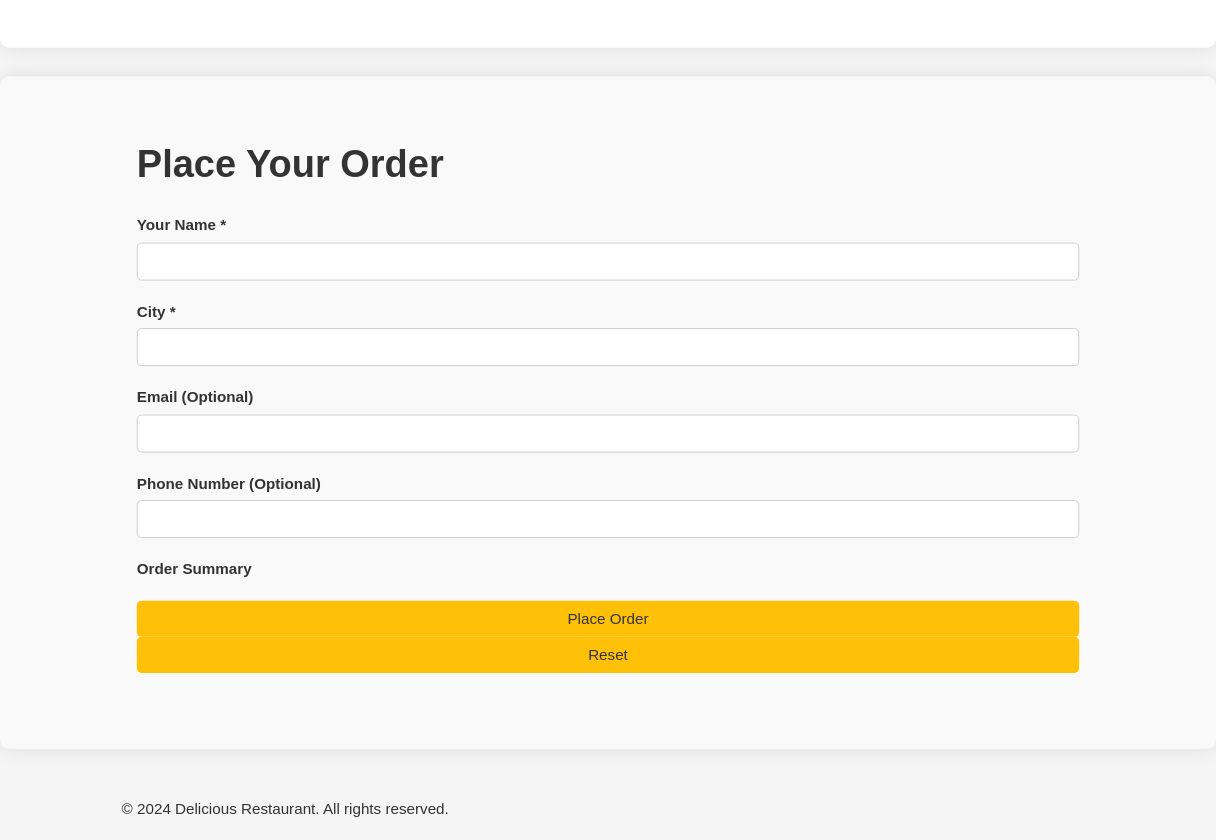
Repository: Mayanksaini1224/eclipse-workspace
Page: Restaurant/src/main/webapp/Menu.html
The author's editor kept a copy of each file at every save. The page is drawn from the files as they stood at one save, then again after the next save.
The browser window is 1280 px wide. The pictures show the part of the page from y = 2873 to 3895 px (the page is 3757 px tall before and 3895 px after), at 95% of full size.
A picture or video elsewhere on the page could not be fetched, so the positions and the page height are approximate.

Above is the page before, as saved 2024-06-28 16:55:43.

### Restaurant/src/main/webapp/Menu.html
<!DOCTYPE html>
<html lang="en">
<head>
    <meta charset="UTF-8">
    <meta name="viewport" content="width=device-width, initial-scale=1.0">
    <title>Menu - Delicious Restaurant</title>
    <style>
        /* Reset and base styles */
        * {
            margin: 0;
            padding: 0;
            box-sizing: border-box;
        }

        body {
            font-family: Arial, sans-serif;
            line-height: 1.6;
            background-color: #f5f5f5;
            margin: 0;
            padding: 0;
            color: #333; /* Default text color */
        }

        .container {
            width: 80%;
            margin: 0 auto;
            padding: 20px 0;
        }

        header {
            background-color: #333;
            color: #fff;
            padding: 10px 0;
        }

        header .logo img {
            width: 150px;
            height: auto;
            display: block;
            margin: 0 auto;
        }

        header nav ul {
            list-style-type: none;
            text-align: center;
            margin-top: 10px;
        }

        header nav ul li {
            display: inline-block;
            margin: 0 10px;
        }

        header nav ul li a {
            text-decoration: none;
            color: #fff;
            font-size: 18px;
            transition: color 0.3s ease;
        }

        header nav ul li a:hover {
            color: #ffc107;
        }

        .menu-section {
            background-color: #fff;
            padding: 50px 0;
            text-align: center;
            margin-bottom: 30px;
            box-shadow: 0 0 20px rgba(0, 0, 0, 0.1);
            border-radius: 10px;
        }

        .menu-section h2 {
            font-size: 2.5em;
            margin-bottom: 30px;
            text-transform: uppercase;
            letter-spacing: 1px;
            color: #333;
        }

        .menu-items {
            display: flex;
            justify-content: space-around;
            flex-wrap: wrap;
        }

        .menu-item {
            text-align: center;
            width: 30%;
            margin-bottom: 30px;
            padding: 0 10px;
            border: 1px solid #ddd;
            border-radius: 10px;
            box-shadow: 0 2px 4px rgba(0,0,0,0.1);
            transition: transform 0.3s ease, box-shadow 0.3s ease;
        }

        .menu-item img {
            width: 100%;
            border-top-left-radius: 10px;
            border-top-right-radius: 10px;
        }

        .menu-item-content {
            padding: 15px;
        }

        .menu-item h3 {
            font-size: 1.8em;
            margin-bottom: 10px;
            color: #333;
        }

        .menu-item p {
            font-size: 1.1em;
            color: #666;
        }

        .menu-item:hover {
            transform: translateY(-5px);
            box-shadow: 0 4px 8px rgba(0,0,0,0.2);
        }

        .order-form {
            background-color: #f9f9f9;
            padding: 40px 20px;
            border-radius: 10px;
            box-shadow: 0 0 20px rgba(0, 0, 0, 0.1);
            margin-bottom: 30px;
        }

        .order-form h2 {
            font-size: 2.5em;
            margin-bottom: 20px;
            color: #333;
        }

        .form-group {
            margin-bottom: 20px;
        }

        .form-group label {
            display: block;
            font-weight: bold;
            margin-bottom: 5px;
        }

        .form-group input,
        .form-group select {
            width: 100%;
            padding: 10px;
            font-size: 1em;
            border: 1px solid #ccc;
            border-radius: 5px;
            transition: border-color 0.3s ease;
        }

        .form-group input[type="number"] {
            appearance: none;
            -moz-appearance: textfield;
            text-align: center;
            padding: 8px;
            border: 1px solid #ccc;
            border-radius: 5px;
            width: 60px;
            font-size: 1em;
            transition: border-color 0.3s ease;
        }

        .form-group input[type="number"]::-webkit-outer-spin-button,
        .form-group input[type="number"]::-webkit-inner-spin-button {
            -webkit-appearance: none;
            margin: 0;
        }

        .form-group input:focus,
        .form-group select:focus {
            outline: none;
            border-color: #ffc107;
        }

        .form-group input[type="submit"],
        .form-group input[type="reset"] {
            background-color: #ffc107;
            color: #333;
            border: none;
            cursor: pointer;
            transition: background-color 0.3s ease;
            padding: 10px 20px;
            border-radius: 5px;
            margin-right: 10px;
        }

        .form-group input[type="submit"]:hover,
        .form-group input[type="reset"]:hover {
            background-color: #ffdb70;
        }

        .order-summary {
            margin-top: 30px;
            text-align: left;
        }

        .order-summary h3 {
            font-size: 1.5em;
            margin-bottom: 10px;
            color: #333;
        }

        .order-summary ul {
            list-style-type: none;
            padding: 0;
        }

        .order-summary li {
            font-size: 1.1em;
            margin-bottom: 5px;
        }

        @media (max-width: 768px) {
            .container {
                width: 90%;
            }

            .menu-item {
                width: 100%;
            }
        }
    </style>
    <link rel="stylesheet" href="https://cdnjs.cloudflare.com/ajax/libs/font-awesome/5.15.4/css/all.min.css"> <!-- Font Awesome for icons -->
</head>
<body>
    <header>
        <div class="container">
            <div class="logo">
                <img src="logo.png" alt="Delicious Restaurant">
            </div>
            <nav>
                <ul>
                    <li><a href="index.html">Home</a></li>
                    <li><a href="menu.html">Menu</a></li>
                    <li><a href="about.html">About Us</a></li>
                    <li><a href="contact.html">Contact</a></li>
                </ul>
            </nav>
        </div>
    </header>

    <section class="menu-section" id="chinese">
        <div class="container">
            <h2>Chinese Cuisine</h2>
            <div class="menu-items">
                <div class="menu-item" data-dish="Chinese Dish 1">
                    <img src="chinese-dish1.jpg" alt="Chinese Dish 1">
                    <div class="menu-item-content">
                        <h3>Chinese Dish 1</h3>
                        <p>Description of the Chinese dish. Lorem ipsum dolor sit amet.</p>
                        <div class="quantity">
                            <button class="quantity-btn minus" onclick="decrementQuantity('quantity_chinese1')">-</button>
                            <input type="number" id="quantity_chinese1" name="quantity_chinese1" min="0" value="0">
                            <button class="quantity-btn plus" onclick="incrementQuantity('quantity_chinese1')">+</button>
                        </div>
                    </div>
                </div>
                <div class="menu-item" data-dish="Chinese Dish 2">
                    <img src="chinese-dish2.jpg" alt="Chinese Dish 2">
                    <div class="menu-item-content">
                        <h3>Chinese Dish 2</h3>
                        <p>Description of the Chinese dish. Lorem ipsum dolor sit amet.</p>
                        <div class="quantity">
                            <button class="quantity-btn minus" onclick="decrementQuantity('quantity_chinese2')">-</button>
                            <input type="number" id="quantity_chinese2" name="quantity_chinese2" min="0" value="0">
                            <button class="quantity-btn plus" onclick="incrementQuantity('quantity_chinese2')">+</button>
                        </div>
                    </div>
                </div>
                <!-- Add more Chinese dishes as needed -->
            </div>
        </div>
    </section>

    <section class="menu-section" id="italian">
        <div class="container">
            <h2>Italian Cuisine</h2>
            <div class="menu-items">
                <div class="menu-item" data-dish="Italian Dish 1">
                    <img src="italian-dish1.jpg" alt="Italian Dish 1">
                    <div class="menu-item-content">
                        <h3>Italian Dish 1</h3>
                        <p>Description of the Italian dish. Lorem ipsum dolor sit amet.</p>
                        <div class="quantity">
                            <button class="quantity-btn minus" onclick="decrementQuantity('quantity_italian1')">-</button>
                            <input type="number" id="quantity_italian1" name="quantity_italian1" min="0" value="0">
                            <button class="quantity-btn plus" onclick="incrementQuantity('quantity_italian1')">+</button>
                        </div>
                    </div>
                </div>
                <div class="menu-item" data-dish="Italian Dish 2">
                    <img src="italian-dish2.jpg" alt="Italian Dish 2">
                    <div class="menu-item-content">
                        <h3>Italian Dish 2</h3>
                        <p>Description of the Italian dish. Lorem ipsum dolor sit amet.</p>
                        <div class="quantity">
                            <button class="quantity-btn minus" onclick="decrementQuantity('quantity_italian2')">-</button>
                            <input type="number" id="quantity_italian2" name="quantity_italian2" min="0" value="0">
                            <button class="quantity-btn plus" onclick="incrementQuantity('quantity_italian2')">+</button>
                        </div>
                    </div>
                </div>
                <!-- Add more Italian dishes as needed -->
            </div>
        </div>
    </section>

    <section class="menu-section" id="beverages">
        <div class="container">
            <h2>Beverages</h2>
            <div class="menu-items">
                <div class="menu-item" data-dish="Beverage 1">
                    <img src="beverage1.jpg" alt="Beverage 1">
                    <div class="menu-item-content">
                        <h3>Beverage 1</h3>
                        <p>Description of the beverage. Lorem ipsum dolor sit amet.</p>
                        <div class="quantity">
                            <button class="quantity-btn minus" onclick="decrementQuantity('quantity_beverage1')">-</button>
                            <input type="number" id="quantity_beverage1" name="quantity_beverage1" min="0" value="0">
                            <button class="quantity-btn plus" onclick="incrementQuantity('quantity_beverage1')">+</button>
                        </div>
                    </div>
                </div>
                <div class="menu-item" data-dish="Beverage 2">
                    <img src="beverage2.jpg" alt="Beverage 2">
                    <div class="menu-item-content">
                        <h3>Beverage 2</h3>
                        <p>Description of the beverage. Lorem ipsum dolor sit amet.</p>
                        <div class="quantity">
                            <button class="quantity-btn minus" onclick="decrementQuantity('quantity_beverage2')">-</button>
                            <input type="number" id="quantity_beverage2" name="quantity_beverage2" min="0" value="0">
                            <button class="quantity-btn plus" onclick="incrementQuantity('quantity_beverage2')">+</button>
                        </div>
                    </div>
                </div>
                <!-- Add more beverages as needed -->
            </div>
        </div>
    </section>

    <section class="menu-section" id="bakery">
        <div class="container">
            <h2>Bakery</h2>
            <div class="menu-items">
                <div class="menu-item" data-dish="Bakery Item 1">
                    <img src="bakery-item1.jpg" alt="Bakery Item 1">
                    <div class="menu-item-content">
                        <h3>Bakery Item 1</h3>
                        <p>Description of the bakery item. Lorem ipsum dolor sit amet.</p>
                        <div class="quantity">
                            <button class="quantity-btn minus" onclick="decrementQuantity('quantity_bakery1')">-</button>
                            <input type="number" id="quantity_bakery1" name="quantity_bakery1" min="0" value="0">
                            <button class="quantity-btn plus" onclick="incrementQuantity('quantity_bakery1')">+</button>
                        </div>
                    </div>
                </div>
                <div class="menu-item" data-dish="Bakery Item 2">
                    <img src="bakery-item2.jpg" alt="Bakery Item 2">
                    <div class="menu-item-content">
                        <h3>Bakery Item 2</h3>
                        <p>Description of the bakery item. Lorem ipsum dolor sit amet.</p>
                        <div class="quantity">
                            <button class="quantity-btn minus" onclick="decrementQuantity('quantity_bakery2')">-</button>
                            <input type="number" id="quantity_bakery2" name="quantity_bakery2" min="0" value="0">
                            <button class="quantity-btn plus" onclick="incrementQuantity('quantity_bakery2')">+</button>
                        </div>
                    </div>
                </div>
                <!-- Add more bakery items as needed -->
            </div>
        </div>
    </section>

    <section class="order-form">
        <div class="container">
            <h2>Place Your Order</h2>
            <form id="orderForm" action="submitform" method="POST">
                <div class="form-group">
                    <label for="name">Your Name *</label>
                    <input type="text" id="name" name="name" required>
                </div>
                <div class="form-group">
                    <label for="city">City *</label>
                    <input type="text" id="city" name="city" required>
                </div>
                <div class="form-group">
                    <label for="email">Email (Optional)</label>
                    <input type="email" id="email" name="email">
                </div>
                <div class="form-group">
                    <label for="phone">Phone Number (Optional)</label>
                    <input type="tel" id="phone" name="phone">
                </div>
                <div class="form-group">
                    <label for="orderSummary">Order Summary</label>
                    <ul id="orderSummary"></ul>
                </div>
                <div class="form-group">
                    <input type="submit" value="Place Order">
                    <input type="reset" value="Reset">
                </div>
            </form>
        </div>
    </section>

    <footer>
        <div class="container">
            <p>&copy; 2024 Delicious Restaurant. All rights reserved.</p>
        </div>
    </footer>

    <script>
        document.addEventListener('DOMContentLoaded', function() {
            const form = document.getElementById('orderForm');
            const orderSummary = document.getElementById('orderSummary');

            form.addEventListener('submit', function(event) {
                event.preventDefault(); // Prevent form submission for demo purposes

                // Clear previous order summary
                orderSummary.innerHTML = '';

                // Get customer details
                const name = document.getElementById('name').value;
                const city = document.getElementById('city').value;
                const email = document.getElementById('email').value;
                const phone = document.getElementById('phone').value;

                // Display customer details
                orderSummary.innerHTML += `<li><strong>Name:</strong> ${name}</li>`;
                orderSummary.innerHTML += `<li><strong>City:</strong> ${city}</li>`;
                if (email) {
                    orderSummary.innerHTML += `<li><strong>Email:</strong> ${email}</li>`;
                }
                if (phone) {
                    orderSummary.innerHTML += `<li><strong>Phone:</strong> ${phone}</li>`;
                }

                // Get selected dishes and quantities
                const dishes = document.querySelectorAll('.menu-item');
                dishes.forEach(dish => {
                    const dishName = dish.getAttribute('data-dish');
                    const quantityInput = dish.querySelector('input[type="number"]');
                    const quantity = parseInt(quantityInput.value);

                    if (quantity > 0) {
                        orderSummary.innerHTML += `<li><strong>${dishName}:</strong> ${quantity}</li>`;
                    }
                });

                //Optionally, submit the form to a server
                form.submit();
            });
        });

        function incrementQuantity(inputId) {
            const input = document.getElementById(inputId);
            input.value = parseInt(input.value) + 1;
        }

        function decrementQuantity(inputId) {
            const input = document.getElementById(inputId);
            const value = parseInt(input.value) - 1;
            input.value = Math.max(0, value); // Ensure quantity doesn't go below zero
        }
    </script>
</body>
</html>

After the next save:
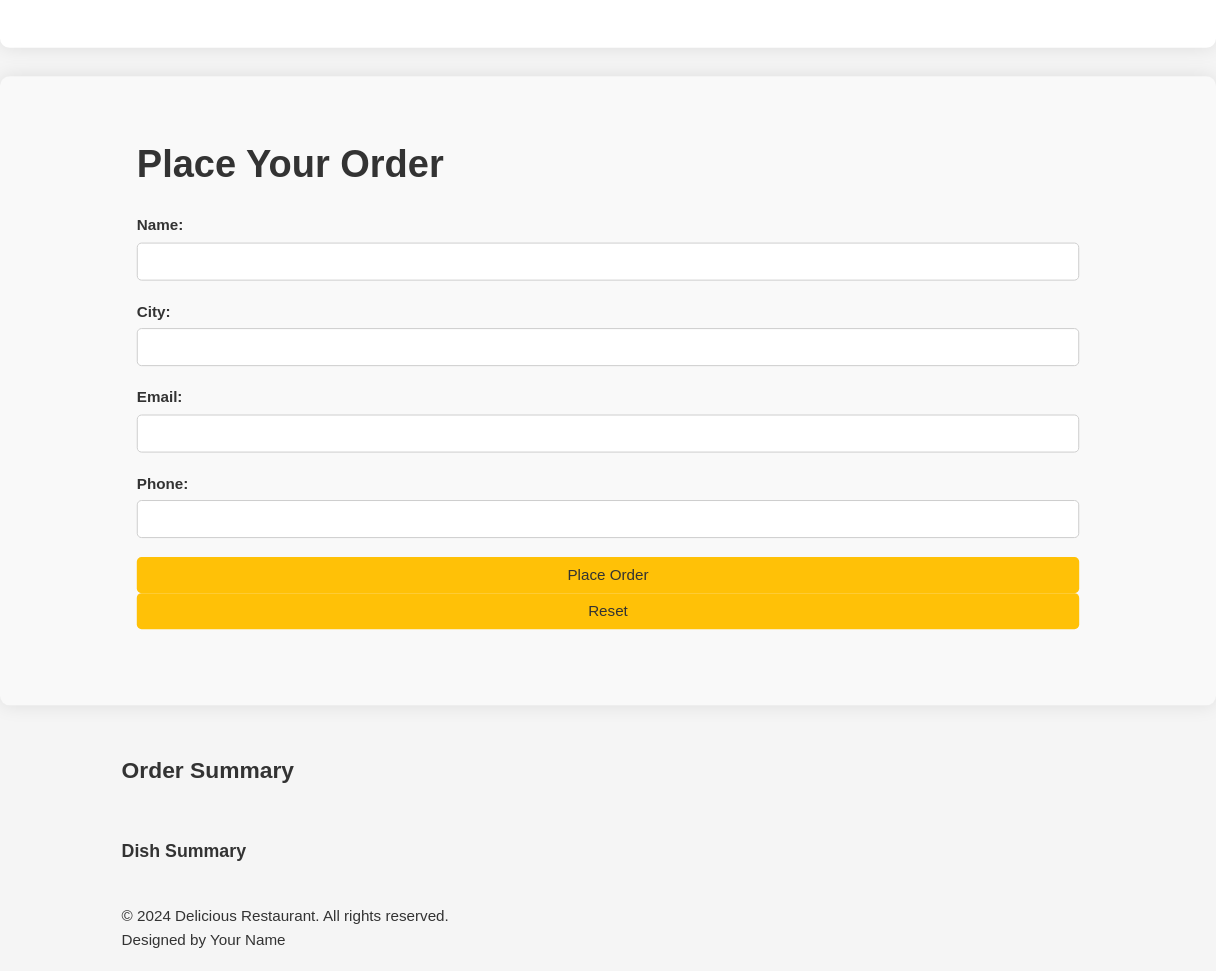
Saved 9 min 42 s later.
--- a/Restaurant/src/main/webapp/Menu.html
+++ b/Restaurant/src/main/webapp/Menu.html
@@ -382,27 +382,24 @@
     <section class="order-form">
         <div class="container">
             <h2>Place Your Order</h2>
-            <form id="orderForm" action="submitform" method="POST">
+            <form id="orderForm">
                 <div class="form-group">
-                    <label for="name">Your Name *</label>
+                    <label for="name">Name:</label>
                     <input type="text" id="name" name="name" required>
                 </div>
                 <div class="form-group">
-                    <label for="city">City *</label>
+                    <label for="city">City:</label>
                     <input type="text" id="city" name="city" required>
                 </div>
                 <div class="form-group">
-                    <label for="email">Email (Optional)</label>
+                    <label for="email">Email:</label>
                     <input type="email" id="email" name="email">
                 </div>
                 <div class="form-group">
-                    <label for="phone">Phone Number (Optional)</label>
+                    <label for="phone">Phone:</label>
                     <input type="tel" id="phone" name="phone">
                 </div>
-                <div class="form-group">
-                    <label for="orderSummary">Order Summary</label>
-                    <ul id="orderSummary"></ul>
-                </div>
+
                 <div class="form-group">
                     <input type="submit" value="Place Order">
                     <input type="reset" value="Reset">
@@ -411,9 +408,26 @@
         </div>
     </section>
 
+    <section class="order-summary">
+        <div class="container">
+            <h3>Order Summary</h3>
+            <ul id="orderSummary">
+                <!-- Order summary items will be dynamically added here -->
+            </ul>
+        </div>
+    </section>
+
+    <section class="dish-summary">
+        <div class="container">
+            <h3>Dish Summary</h3>
+            <div id="dishSummary"></div>
+        </div>
+    </section>
+
     <footer>
         <div class="container">
             <p>&copy; 2024 Delicious Restaurant. All rights reserved.</p>
+            <p>Designed by Your Name</p>
         </div>
     </footer>
 
@@ -421,12 +435,14 @@
         document.addEventListener('DOMContentLoaded', function() {
             const form = document.getElementById('orderForm');
             const orderSummary = document.getElementById('orderSummary');
+            const dishSummary = document.getElementById('dishSummary');
 
             form.addEventListener('submit', function(event) {
                 event.preventDefault(); // Prevent form submission for demo purposes
 
-                // Clear previous order summary
+                // Clear previous order summary and dish summary
                 orderSummary.innerHTML = '';
+                dishSummary.innerHTML = '';
 
                 // Get customer details
                 const name = document.getElementById('name').value;
@@ -444,6 +460,9 @@
                     orderSummary.innerHTML += `<li><strong>Phone:</strong> ${phone}</li>`;
                 }
 
+                // Initialize dish summary array
+                const dishSummaryArray = [];
+
                 // Get selected dishes and quantities
                 const dishes = document.querySelectorAll('.menu-item');
                 dishes.forEach(dish => {
@@ -453,11 +472,15 @@
 
                     if (quantity > 0) {
                         orderSummary.innerHTML += `<li><strong>${dishName}:</strong> ${quantity}</li>`;
+                        dishSummaryArray.push(`${quantity} ${dishName}`);
                     }
                 });
 
-                //Optionally, submit the form to a server
-                form.submit();
+                // Display dish summary
+                dishSummary.innerHTML = dishSummaryArray.join(', ');
+
+                // Optionally, submit the form to a server
+                // form.submit(); // Uncomment to enable form submission
             });
         });
 
